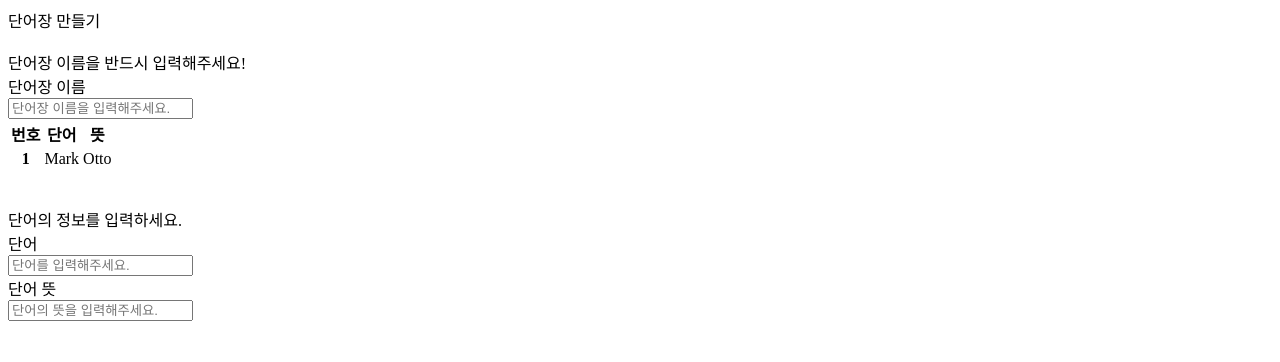
Repository: Pastelkun99/remembrance
Page: http://localhost/ProjectRemembrance/WEB-INF/views/menu_pages/11_makeWordCard.jsp
The author's editor kept a copy of each file at every save. The page is drawn from the files as they stood at one save, then again after the next save.
The browser window is 1280 px wide. The pictures show the whole page.
The page is served by Tomcat 9. Nobody is signed in. Other server files are loaded and not shown. The template is opened directly, without the code that normally fills it, so the values that code supplies are empty.

Above is the page before, as saved 2019-08-27 13:31:28.

### ProjectRemembrance/src/main/webapp/WEB-INF/views/menu_pages/11_makeWordCard.jsp
<%@ page language="java" contentType="text/html; charset=UTF-8"
	pageEncoding="UTF-8"%>
<%@ taglib uri="http://java.sun.com/jsp/jstl/core" prefix="c"%>
<%@ taglib uri="http://www.springframework.org/tags/form" prefix="form"%>

<div class="container">
	<div class="alert alert-success" role="alert">단어장 만들기</div>
	<br /> <label for="basic-url">단어장 이름을 반드시 입력해주세요!</label>
	<div class="input-group mb-3">
		<div class="input-group-prepend">
			<span class="input-group-text" id="basic-addon1">단어장 이름</span>
		</div>
		<input type="text" class="form-control" id="q_name"
			placeholder="단어장 이름을 입력해주세요." required="required"> </br>
	</div>
	<table class="table">
		<thead class="thead-light">
			<tr>
				<th scope="col">번호</th>
				<th scope="col">단어</th>
				<th scope="col">뜻</th>
			</tr>
		</thead>
		<tbody>
			<tr>
				<th scope="row">1</th>
				<td>Mark</td>
				<td>Otto</td>
			</tr>
		</tbody>
	</table>

</div>



</br>
</br>
<div class="container" align="left">
	<label for="basic-url"> 단어의 정보를 입력하세요.</label>
	<div class="row">
		<div class="col">
			<div class="input-group mb-3">
				<div class="input-group-prepend">
					<span class="input-group-text" id="basic-addon1">단어</span>
				</div>
				<input type="text" class="form-control" id="q_front"
					placeholder="단어를 입력해주세요." required="required">
			</div>

		</div>
		<div class="col">
			<div class="input-group mb-3">
				<div class="input-group-prepend">
					<span class="input-group-text" id="basic-addon3">단어 뜻</span>
				</div>
				<input type="text" class="form-control" id="q_back"
					placeholder="단어의 뜻을 입력해주세요." required="required">
			</div>

		</div>
	</div>
</div>

After the next save:
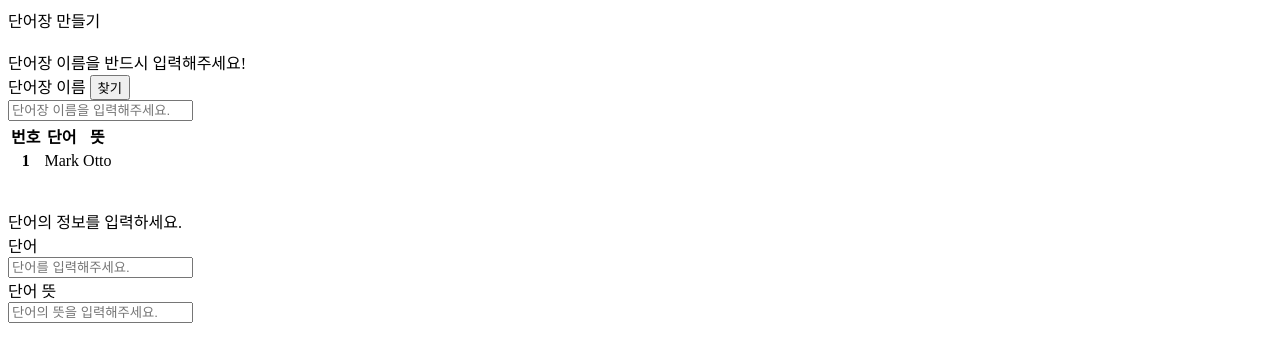
Saved 77 s later.
--- a/ProjectRemembrance/src/main/webapp/WEB-INF/views/menu_pages/11_makeWordCard.jsp
+++ b/ProjectRemembrance/src/main/webapp/WEB-INF/views/menu_pages/11_makeWordCard.jsp
@@ -9,6 +9,7 @@
 	<div class="input-group mb-3">
 		<div class="input-group-prepend">
 			<span class="input-group-text" id="basic-addon1">단어장 이름</span>
+			<button type="button" class="btn btn-primary">찾기</button>
 		</div>
 		<input type="text" class="form-control" id="q_name"
 			placeholder="단어장 이름을 입력해주세요." required="required"> </br>
